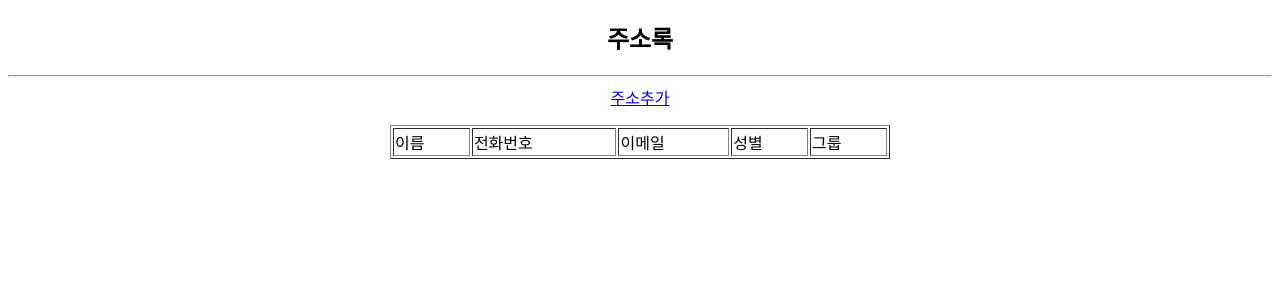
Repository: LeeHyeSu/JSP
Page: http://localhost/PracticeA-02/jsp/addr_list.jsp
These files come from the project's save history. The page is drawn as it stood at one moment and after the next save; the edit follows.
The browser window is 1280 px wide. The pictures show the whole page.
The page is served by Tomcat 9.

Above is the page before, as saved 2017-11-26 07:41:08.

After the next save:
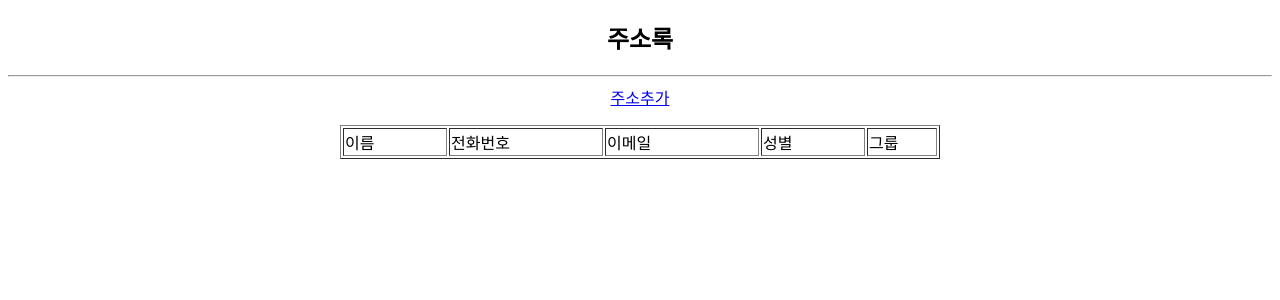
Saved 5 min 39 s later.
--- a/PracticeA-02/WebContent/jsp/addr_list.jsp
+++ b/PracticeA-02/WebContent/jsp/addr_list.jsp
@@ -13,12 +13,18 @@
 <h2>주소록</h2>
 <hr>
 <a href="addr_form.jsp">주소추가</a><p>
-<table border="1" width="500">
-<tr><td>이름</td><td>전화번호</td><td>이메일</td><td>성별</td><td>그룹</td></tr>
+<table border="1" width="600">
+<tr>
+<td width="100">이름</td>
+<td width="150">전화번호</td>
+<td width="150">이메일</td>
+<td width="100">성별</td>
+<td>그룹</td>
+</tr>
 <%
 	for(AddrBean ab : am.getAddrList()) {
 %>
-	<tr>
+	<tr align="center">
 	<td><%=ab.getUsername() %></td>
 	<td><%=ab.getTel() %></td>
 	<td><%=ab.getEmail() %></td>
